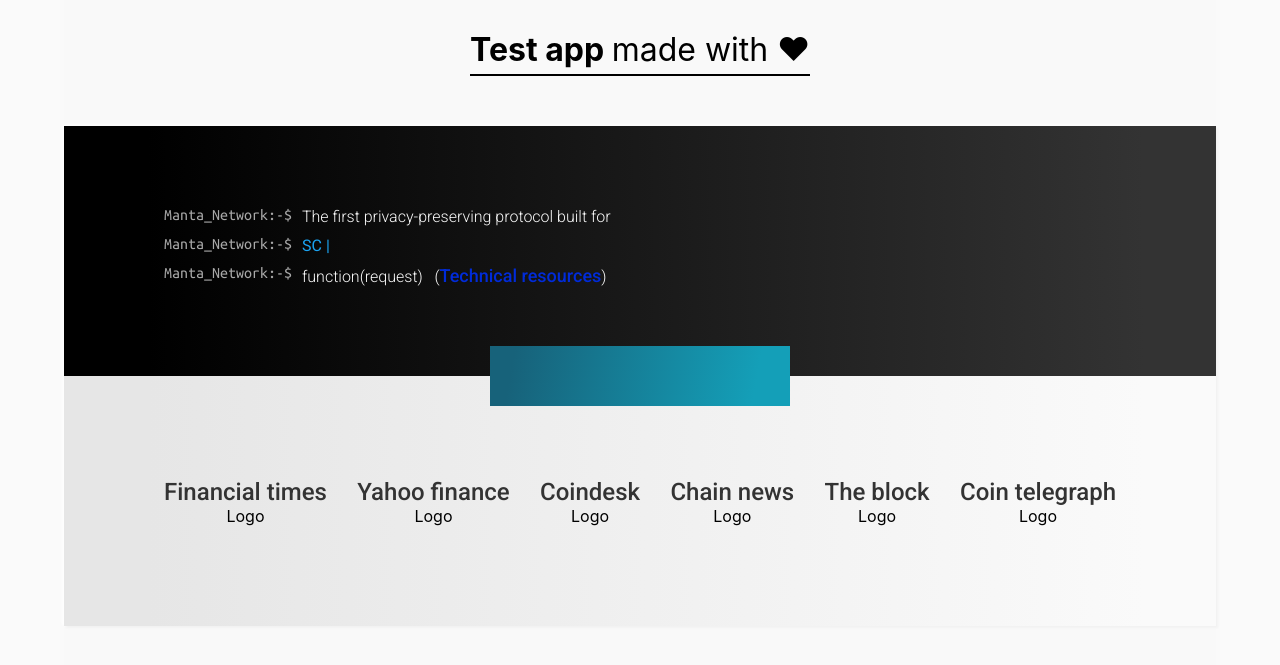
Repository: Khattak01/test-app
Page: /
The author's editor kept a copy of each file at every save. The page is drawn from the files as they stood at one save, then again after the next save.
The browser window is 1280 px wide. The pictures show the whole page.
The project was rebuilt for these pictures with package versions that can differ from the ones it lists, and the page was loaded fresh each time.

Above is the page before, as saved 2021-05-12 08:34:56.

### public/index.html
<!DOCTYPE html>
<html lang="en">
  <head>
    <meta charset="utf-8" />
    <link rel="icon" href="%PUBLIC_URL%/favicon.ico" />
    <meta name="viewport" content="width=device-width, initial-scale=1" />
    <meta name="theme-color" content="#000000" />
    <meta
      name="description"
      content="Web site created using create-react-app"
    />
    <link rel="apple-touch-icon" href="%PUBLIC_URL%/logo192.png" />
    <!--
      manifest.json provides metadata used when your web app is installed on a
      user's mobile device or desktop. See https://developers.google.com/web/fundamentals/web-app-manifest/
    -->
    <link rel="manifest" href="%PUBLIC_URL%/manifest.json" />
    <!--
      Notice the use of %PUBLIC_URL% in the tags above.
      It will be replaced with the URL of the `public` folder during the build.
      Only files inside the `public` folder can be referenced from the HTML.

      Unlike "/favicon.ico" or "favicon.ico", "%PUBLIC_URL%/favicon.ico" will
      work correctly both with client-side routing and a non-root public URL.
      Learn how to configure a non-root public URL by running `npm run build`.
    -->
    <title>Test App</title>
  </head>
  <body>
    <noscript>You need to enable JavaScript to run this app.</noscript>
    <div id="root"></div>
    <!--
      This HTML file is a template.
      If you open it directly in the browser, you will see an empty page.

      You can add webfonts, meta tags, or analytics to this file.
      The build step will place the bundled scripts into the <body> tag.

      To begin the development, run `npm start` or `yarn start`.
      To create a production bundle, use `npm run build` or `yarn build`.
    -->
  </body>
</html>

### src/index.js
import React from 'react';
import ReactDOM from 'react-dom';
import './index.css';
import App from '../src/components/app/App';

ReactDOM.render(
  <React.StrictMode>
      <App />
  </React.StrictMode>,
  document.getElementById('root')
);

### src/index.css
*{
  margin: 0;
  padding: 0;
  box-sizing: border-box;
}
body {
  margin: 0;
  font-family: -apple-system, BlinkMacSystemFont, 'Segoe UI', 'Roboto', 'Oxygen',
    'Ubuntu', 'Cantarell', 'Fira Sans', 'Droid Sans', 'Helvetica Neue',
    sans-serif;
  -webkit-font-smoothing: antialiased;
  -moz-osx-font-smoothing: grayscale;
}

code {
  font-family: source-code-pro, Menlo, Monaco, Consolas, 'Courier New',
    monospace;
}

.container{
  width:90%;
  margin:auto auto;
  background-color: #f9f9f9;
  padding: 10px;
}

### src/components/app/App.js
import React from 'react'
import './App.css'
import Banner from '../banner/Banner'

const App = () => {
    return (
        <div className="app container">
            <h1>Test app <span style={{fontWeight:'lighter'}}> made with </span> &#10084;</h1>
            <Banner />
        </div>
    )
}

export default App

### src/components/app/App.css
@import url("https://fonts.googleapis.com/css2?family=Ubuntu+Mono:ital,wght@0,400;0,700;1,400&display=swap");
@import url("https://fonts.googleapis.com/css2?family=Roboto:ital,wght@0,300;0,400;0,500;0,700;1,300;1,400;1,500;1,700&display=swap");

body {
  background-color: #fafafa;
}
.app {
  padding: 30px 0;
  min-height: 100vh;
  text-align: center;
}
.app > h1 {
  display: inline-block;

  text-align: center;
  width: max-content;
  padding-bottom: 5px;
  border-bottom: 2px solid black;
  margin-bottom: 50px;
}

:root {
  --color-primary: linear-gradient(
    100.28537797494744deg,
    rgba(23, 98, 122, 1) 6.8671875%,
    rgba(23, 98, 122, 1) 8.216145833333332%,
    rgba(20, 159, 184, 1) 87.80468749999999%
  );

  --color-dark: linear-gradient(
    89.76211853375082deg,
    rgba(0, 0, 0, 1) 5.893229166666666%,
    rgba(0, 0, 0, 1) 7.356770833333332%,
    rgba(51, 51, 51, 1) 93.70572916666666%
  );

  --color-light: linear-gradient(
    89.76211853375082deg,
    rgba(230, 230, 230, 1) 5.893229166666666%,
    rgba(230, 230, 230, 1) 7.356770833333332%,
    rgba(250, 250, 250, 1) 93.70572916666666%
  );

  --font-heading: "Ubuntu Mono", monospace;
  --font-generic: "Roboto", sans-serif;
}

.heading{
  font-family:var(--font-heading);
  color: #a8a8a8;
  font-weight:500;
}
.text{
  font-family: var(--font-generic);
  color: #fafafa;
  font-weight:300;
}

### src/components/banner/Banner.js
import React from 'react'
import classes from './Banner.module.css'

import Box from '../../UI/box/Box'

const Banner = () => {

    return (
        <Box className={classes.banner}>
            {/* <h1>Test App</h1>
            <button className={classes.banner__btn}>Button</button> */}
            <div className={classes.banner__top}>
                <div className={classes.text_box}>
                    <h4 className="heading">Manta_Network:-$</h4>
                    <p className='text'>The first privacy-preserving protocol built for</p>
                </div>
                <div className={classes.text_box}>
                    <h4 className="heading">Manta_Network:-$</h4>
                    <p style={{ color: '#1ba4f3' }}>SC |</p>
                </div>
                <div className={classes.text_box}>
                    <h4 className="heading">Manta_Network:-$</h4>
                    <p className='text'>function(request) &nbsp;&nbsp;(<span style={{ color: '#002bd9', fontSize: '18px', fontWeight: 500 }}>Technical resources</span>)</p>
                </div>
            </div>
            <div className={classes.banner__center}></div>
            <div className={classes.banner__bottom}>
                <div><h2>Financial times </h2>Logo</div>
                <div><h2>Yahoo finance </h2>Logo</div>
                <div><h2>Coindesk </h2>Logo</div>
                <div><h2>Chain news </h2>Logo</div>
                <div><h2>The block </h2>Logo</div>
                <div><h2>Coin telegraph  </h2>Logo</div>
            </div>
        </Box>
    )
}

export default Banner

### src/components/banner/Banner.module.css
.banner {
  width: 100%;
  max-width: 80rem;
  /* border: 1px solid black; */
  margin: auto auto;
  /* padding: 20px; */
  position: relative;
}

.banner__top,.banner__bottom{
  min-height: 250px;
  width: 100%;
  background-color: red;
}
.text_box{
  display: flex;
  margin-bottom: 10px;
}

.text_box p{
  margin-left: 10px;
  font-family: var(--font-generic);
}
.banner__top{
  background-image: var(--color-dark);
  position: relative;

  display: flex;
  justify-content: center;
  flex-direction: column;
  padding-left: 100px;

}
.banner__center{
  position: absolute;
  top: 50%;
  left: 50%;
  transform: translate(-50%,-50%);

  background-image: var(--color-primary);
  width: 300px;
  height:60px
}
.banner__bottom{
  background-image: var(--color-light);
  display: flex;
  justify-content: space-between;
  align-items: flex-end;
  padding: 100px;
}
.banner__bottom > div h2{
  font-weight: 500;
  color: #333;
  font-family: var(--font-generic);
}
.banner__bottom > div{
  display: flex;
  flex-direction: column;
}


.banner__btn {
  margin: auto auto;
  width: 300px !important;
  display: flex;
  justify-content: center;
  align-items: center;
  /* background:#1AAB8A; */

  background-image: var(--color-primary);

  color: #fff;
  border: none;
  position: relative;
  height: 60px;
  font-size: 18px;
  padding: 0 20px;
  cursor: pointer;
  transition: 800ms ease all;
  outline: none;
}
.banner__btn:hover {
  background: #fff;
  color: #1aab8a;
}
.banner__btn:before,
.banner__btn:after {
  content: "";
  position: absolute;
  top: 0;
  right: 0;
  height: 2px;
  width: 0;
  background: #1aab8a;
  transition: 400ms ease all;
}
.banner__btn:after {
  right: inherit;
  top: inherit;
  left: 0;
  bottom: 0;
}
.banner__btn:hover:before,
.banner__btn:hover:after {
  width: 100%;
  transition: 800ms ease all;
}

### src/UI/box/Box.js

import React from 'react'
import classes from './Box.module.css'

const Box = (props) => {
    return (
        <div onClick={props.onClick} className={[classes.box,props.className].join(' ')}>
            {props.children}
        </div>
    )
}

export default Box

### src/UI/box/Box.module.css
.box {
  background-color: #ffffff;
  transition: all 0.25s cubic-bezier(0.86, 1.26, 0.59, 1.03);
  /* min-height: 1rem; */
  /* padding: 1rem; */
  /* border-radius: 1rem; */
  box-shadow: 2px 2px 2px #f2f2f2, -2px -1px 3px #ffffff;
}
.box:hover {
  /* transform: translateZ(0) scale(1.05); */
  backface-visibility: hidden;
}

After the next save:
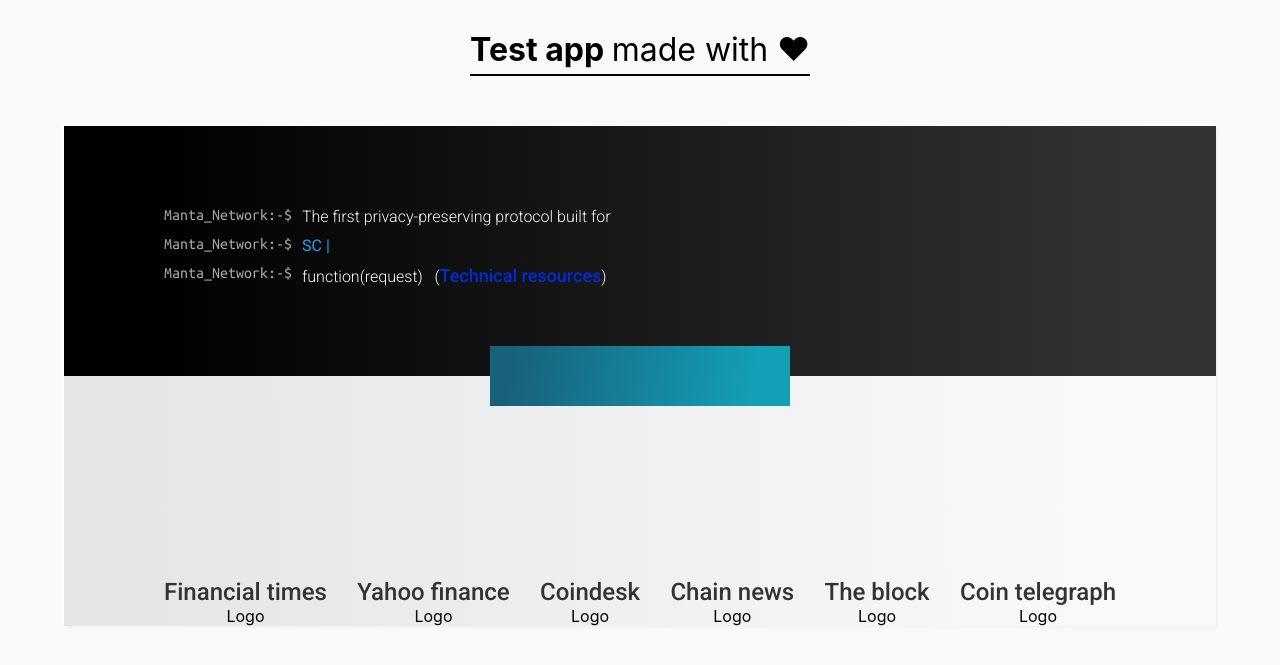
Saved 18 s later.
--- a/src/components/banner/Banner.module.css
+++ b/src/components/banner/Banner.module.css
@@ -45,8 +45,9 @@
   background-image: var(--color-light);
   display: flex;
   justify-content: space-between;
+  padding-left: 100px;
+  padding-right: 100px;
   align-items: flex-end;
-  padding: 100px;
 }
 .banner__bottom > div h2{
   font-weight: 500;
